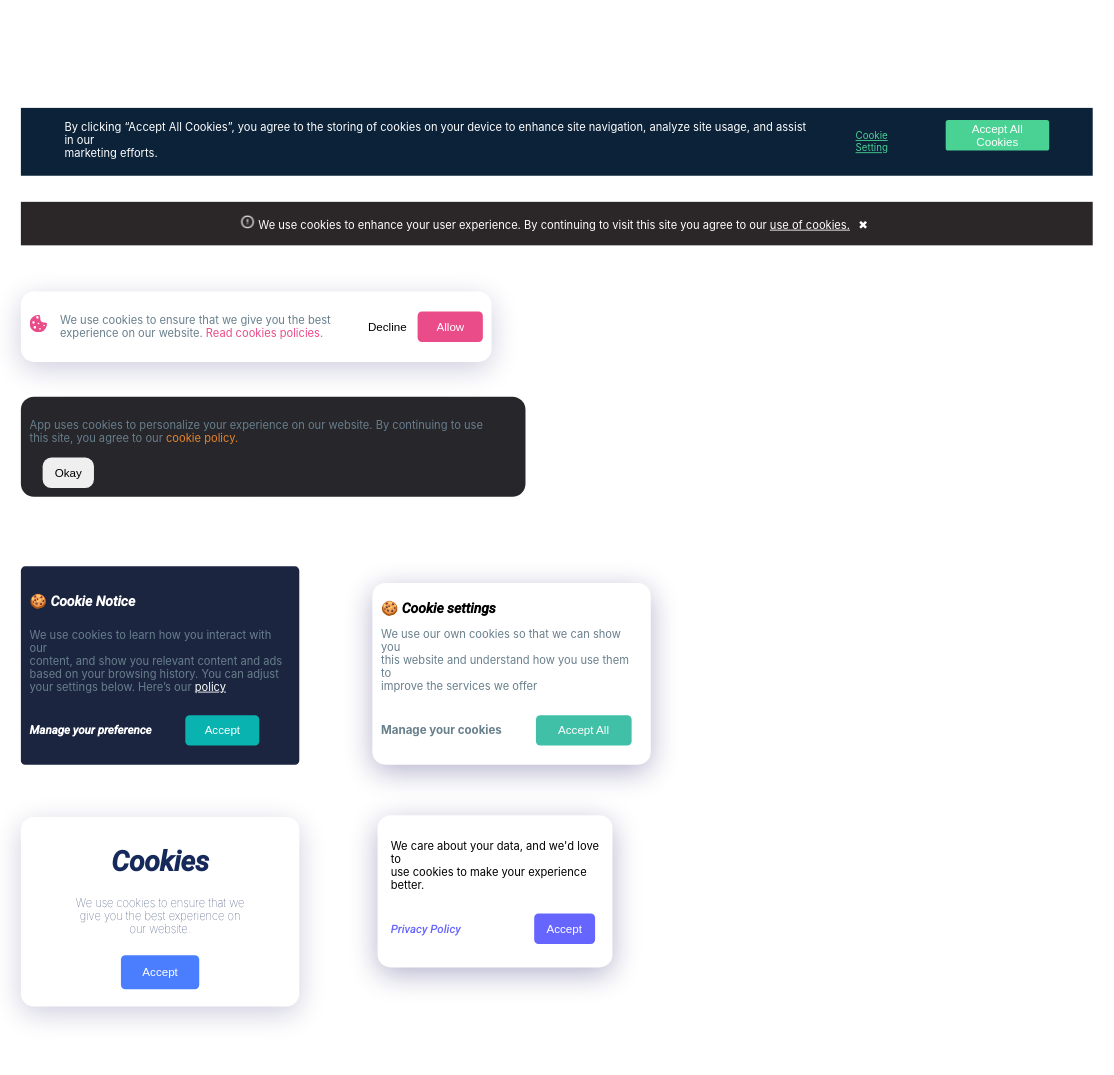
Repository: batonAnton/cursor_cookies_lectr3
Page: index.html
These files come from the project's save history. The page is drawn as it stood at one moment and after the next save; the edit follows.
The browser window is 1280 px wide. The pictures show the whole page, at 87% of full size.

Above is the page before, as saved 2022-06-09 12:43:05.

### index.html
<!DOCTYPE html>
<html lang="en">
<head>
    <meta charset="UTF-8">
    <meta http-equiv="X-UA-Compatible" content="IE=edge">
    <meta name="viewport" content="width=device-width, initial-scale=1.0">
    <link rel="preconnect" href="https://fonts.googleapis.com">
    <link rel="preconnect" href="https://fonts.gstatic.com" crossorigin>
    <link href="https://fonts.googleapis.com/css2?family=Roboto:ital,wght@1,500&display=swap" rel="stylesheet">
    <link rel="stylesheet" href="css/style.css">
    <title>Cookie Banner</title>
</head>
<body>
    <div class="container">
        <div class="banner_1">
            <p>By clicking “Accept All Cookies”, you agree to the storing of cookies on your device to enhance site navigation, analyze site usage, and assist in our <br> marketing efforts.</p>
            <a href="#">cookie setting</a>
            <button>accept all cookies</button>
        </div>

        <div class="banner_2">
            <p> <img src="images/pink_cookies.svg" alt="mark"> We use cookies to enhance your user experience. By continuing to visit this site you agree to our <span class="under_span">use of cookies.</span>
                <button><span>&#10006</span></button>
            </div></p>
        </div>

        <div class="banner_3">
            <img src="images/exclamation marj.svg" alt="img cookies">
            <p>We use cookies to ensure that we give you the best <br> experience on our website. <a href="#">Read cookies policies.</a> </p>
            <button class="false_btn">decline</button>
            <button class="true_btn">allow</button>
        </div>

        <div class="banner_4">
            <p>App uses cookies to personalize your experience on our website. By continuing to use <br> this site, you agree to our  <a href="#">cookie policy.</a></p>
            <button>okay</button>
        </div>

        <div class="banner_5">
            <h4>🍪 Cookie Notice</h4>
            <p>We use cookies to learn how you interact with our <br> content, and show you relevant content and ads <br> based on your browsing history. You can adjust <br> your settings below. Here’s our <a href="#">policy</a></p>
            <h5>Manage your preference </h5>
            <button>accept</button>
        </div>

        <div class="banner_6">
            <h4>🍪 Cookie settings</h4>
            <p>We use our own cookies so that we can show you <br> this website and understand how you use them to <br> improve the services we offer</p>
            <h5>Manage your cookies </h5>
            <button>accept all</button>
        </div>

        <div class="banner_7">
            <h1>Cookies</h1>
            <p>We use cookies to ensure that we <br> give you the best experience on <br> our website.</p>
            <button>Accept</button>
        </div>

        <div class="banner_8">
            <p>We care about your data, and we'd love to <br> use cookies to make your experience <br> better.</p>
            <h5>Privacy Policy </h5>
            <button>accept</button>
        </div>
    </div>
</body>
</html>

### css/style.css
body {
  margin: 124px 24px;
  font-family: "Roboto", sans-serif;
}
p {
  font-size: 0.8rem;
}

.banner_1, .banner_2, .banner_3, .banner_4{
  font-family: 'Inter', sans-serif;
}

.banner_1 {
  width: 100%;
  display: inline-flex;
  background-color: #0b2239;
}

.banner_1 p {
  color: #ffffff;
  margin: 15px 15px 15px 50px;
}

.banner_1 a {
  color: #4ad295;
  margin: 25px 28px;
  font-size: 0.7rem;
  text-transform: capitalize;
}

.banner_1 button {
  color: #ffffff;
  background-color: #4ad295;
  margin: 14px 50px 0px 0px;
  height: 35px;
  text-transform: capitalize;
  border-radius: 3px;
  border: none;
  cursor: pointer;
}

.banner_2 {
  width: 100%;
  margin-top: 30px;
  background-color: #2b2627;
  display: inline-flex;
}

.banner_2 p {
  color: #ffffff;
  margin: 15px auto;
}

.banner_2 button {
  border: none;
  color: #ffffff;
  background-color: #2b2627;
}

.under_span {
  text-decoration: underline;
}

.banner_3 {
  display: inline-flex;
  margin-top: 40px;
  margin-bottom: 40px;
  border-radius: 15px;
  padding: 10px;
  background: #ffffff;
  box-shadow: 0px 8px 32px rgb(10 3 89 / 20%)
}

.banner_3 p {
  margin: 15px;
}

.banner_3 img {
  height: 20px;
  margin-top: 17px;
}

.banner_3 a {
  color: #ea4c89;
  text-decoration: none;
}

.false_btn {
  background-color: white;
  border: none;
  text-transform: capitalize;
  margin: 13px 0 13px 15px;
  height: 35px;
  width: 70px;
  cursor: pointer;
}

.true_btn {
  background-color: #ea4c89;
  border: none;
  border-radius: 5px;
  text-transform: capitalize;
  margin: 13px 0 13px 0px;
  height: 35px;
  width: 75px;
  color: #ffffff;
  cursor: pointer;
}

.banner_4 {
  background-color: #26262b;
  color: #ffffff;
  border-radius: 15px;
  padding: 10px;
  display: block;
  width: 560px;
  margin-bottom: 70px;
}

.banner_4 p {
  margin: 15px auto;
  display: inline-flex;
}

.banner_4 a {
  display: contents;
  color: #e6842e;
}

.banner_4 button {
  margin-left: 15px;
  border-radius: 10px;
  width: 59px;
  height: 35px;
  text-transform: capitalize;
  border: none;
}

.banner_5,
.banner_6 h4 {
  margin: 10px 0px;
}

.banner_5 {
  width: 300px;
  background-color: #1c2540;
  color: #ffffff;
  padding: 10px;
  border-radius: 5px;
  display: inline-block;
}

.banner_5 a {
  color: #ffffff;
}

h5 {
  display: inline-flex;
}

.banner_5 button {
  background-color: #09b3af;
  border-radius: 5px;
  border: none;
  margin-left: 35px;
  text-transform: capitalize;
  height: 35px;
  width: 85px;
  color: #ffffff;
}

.banner_6 {
  border-radius: 15px;
  padding: 10px;
  background: #ffffff;
  box-shadow: 0px 8px 32px rgb(10 3 89 / 30%);
  display: inline-block;
  width: 300px;
  margin-left: 80px;
}

.banner_6 button {
  background-color: #40c1a7;
  border-radius: 5px;
  border: none;
  margin-left: 35px;
  text-transform: capitalize;
  height: 35px;
  width: 110px;
  color: #ffffff;
}

.banner_6 h5,
p {
  color: #687f8c;
  font-family:  'Inter'; ;
}

.banner_7 {
  padding: 10px;
  background: #ffffff;
  box-shadow:  0px 8px 32px rgb(10 3 89 / 20%);
  display: block;
  width: 300px;
  border-radius: 15px;
  margin-top: 50px;
  color: #15295a;
  font-weight: 800;
  text-align: center;
}

.banner_7 p {
  font-weight: 100;
  color: #15295a;
}

.banner_7 button {
  background-color: #4a7eff;
  border: none;
  border-radius: 5px;
  color: #ffffff;
  width: 90px;
  height: 39px;
  margin: 10px 0 10px 0;
}

.banner_8 {
  padding: 15px;
  background: #ffffff;
  box-shadow: 0px 8px 32px rgb(10 3 89 / 30%);
  display: block;
  width: 240px;
  border-radius: 15px;
  margin-top: 50px;
  margin-top: -220px;
  margin-left: 410px;
}

.banner_8 p {
  color: #000000;
}

.banner_8 h5 {
  color: #6666ff;
  font-weight: 500;
}

.banner_8 button {
  background-color: #6666ff;
  border-radius: 5px;
  border: none;
  margin-left: 80px;
  text-transform: capitalize;
  height: 35px;
  width: 70px;
  color: #ffffff;
}

After the next save:
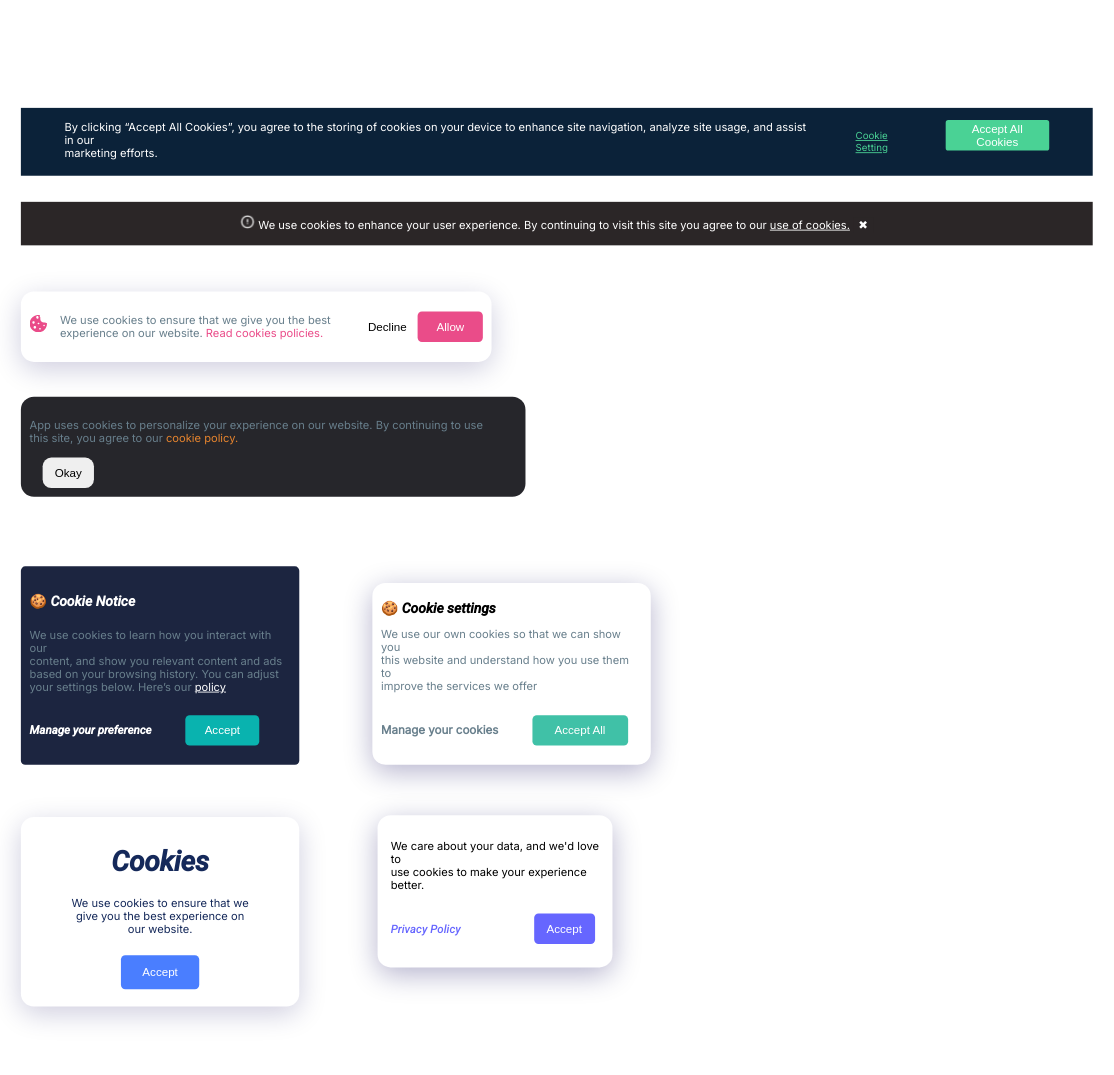
Saved 17 s later.
--- a/index.html
+++ b/index.html
@@ -7,6 +7,9 @@
     <link rel="preconnect" href="https://fonts.googleapis.com">
     <link rel="preconnect" href="https://fonts.gstatic.com" crossorigin>
     <link href="https://fonts.googleapis.com/css2?family=Roboto:ital,wght@1,500&display=swap" rel="stylesheet">
+    <link rel="preconnect" href="https://fonts.googleapis.com">
+    <link rel="preconnect" href="https://fonts.gstatic.com" crossorigin>
+    <link href="https://fonts.googleapis.com/css2?family=Inter&display=swap" rel="stylesheet">
     <link rel="stylesheet" href="css/style.css">
     <title>Cookie Banner</title>
 </head>
